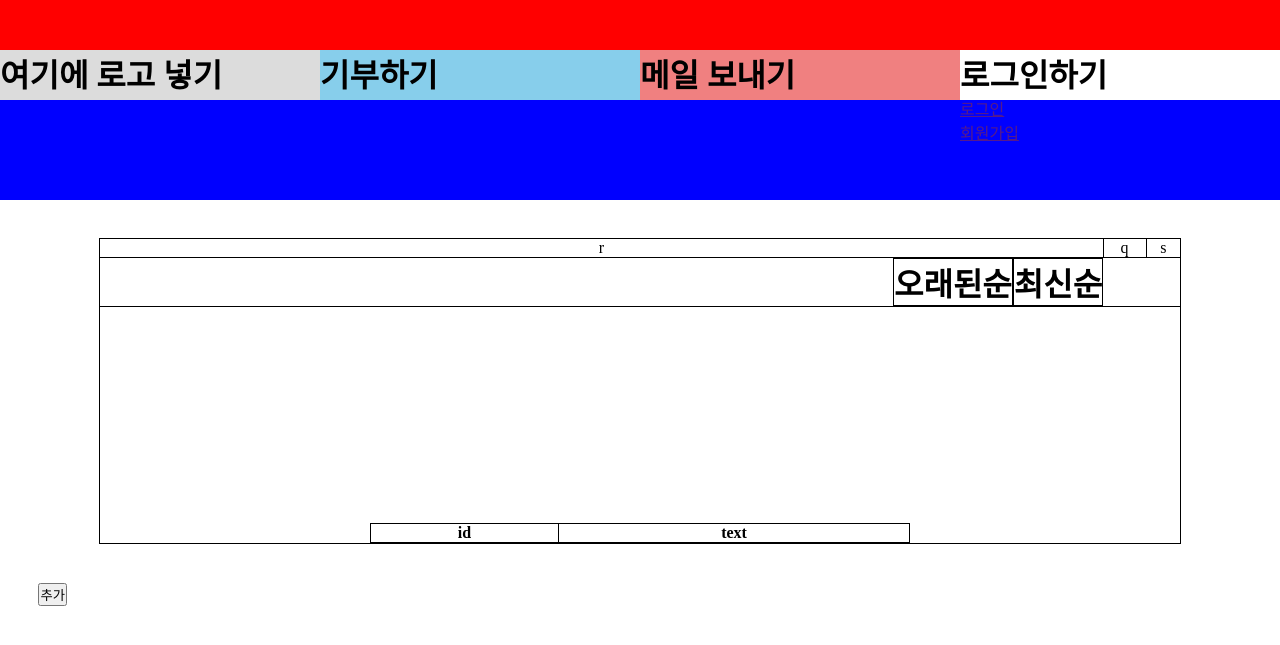
Repository: Yeojin0523/Survey
Page: http://localhost/Blog/Blog/list.jsp
The author's editor kept a copy of each file at every save. The page is drawn from the files as they stood at one save, then again after the next save.
The browser window is 1280 px wide. The pictures show the whole page.
The page is served by Tomcat 9. Other server files are loaded and not shown. The template is opened directly, without the code that normally fills it, so the values that code supplies are empty.

Above is the page before, as saved 2024-07-29 07:30:56.

### Blog/src/main/webapp/Blog/list.jsp
<%@ page language="java" contentType="text/html; charset=UTF-8"
	pageEncoding="UTF-8"%>
<%@ page import="java.util.List"%>
<%@ page import="java.util.ArrayList"%>
<%@ page import="java.sql.DriverManager"%>
<%@ page import="java.sql.ResultSet"%>
<%@ page import="java.sql.PreparedStatement"%>
<%@ page import="java.sql.Connection"%>
<%@ page import="java.sql.SQLException"%>

<%
Connection conn = null;
PreparedStatement pstmt = null;
ResultSet rs = null;
%>

<!DOCTYPE html>
<html>
<head>
<meta charset="UTF-8">
<title>my blog</title>
<script src="list.js"></script>
<link rel="stylesheet" href="list.css">
</head>
<body>
	<div class="wrapper">
		<div class="wrap">
			<div class="top_gnb_area"></div>
			<div class="top_area">
				<div class="logo_area">
					<h1>여기에 로고 넣기</h1>
				</div>
				<div class="donate_area">
					<h1>기부하기</h1>
				</div>

				<div class="mail_area">
					<h1>메일 보내기</h1>
				</div>
				<div class="login_area">
					<h1>로그인하기</h1>
					<!-- 로그인 안한 상태 -->
					<c:if test="${memeber == null}">
						<div class="loginBtn">
							<a href="">로그인</a>
						</div>
						<span><a href="">회원가입</a></span>
					</c:if>
				</div>
			</div>
		</div>
	</div>




	<div class="frame">
		<table class="outer_table">
			<tr class="category">
				<td>r</td>
				<td>q</td>
				<td>s</td>
			</tr>
			<tr class="list" colspan="2">
				<td>
					<h1>최신순</h1>
				</td>
				<td>
					<h1>오래된순</h1>
				</td>
			</tr>
			<tr>
				<td colspan="3">
					<div class="content">
						<div class="donateList">
							<table class="inner_table">
								<tr>
									<th>id</th>
									<th>text</th>
								</tr>
								<%
								try {
									Class.forName("oracle.jdbc.driver.OracleDriver");
									conn = DriverManager.getConnection("jdbc:oracle:thin:@localhost:1521:XE", "c##systemid", "systempwd");
									String sql = "SELECT * FROM blog";
									pstmt = conn.prepareStatement(sql);
									rs = pstmt.executeQuery();

									while (rs.next()) {
										out.println("<tr>");
										out.println("<td>" + rs.getInt("seq") + "</td>");
										out.println("<td>" + rs.getString("text") + "</td>");
										out.println("</tr>");
									}
								} catch (Exception e) {
									e.printStackTrace();
								} finally {
									try {
										if (rs != null)
									rs.close();
										if (pstmt != null)
									pstmt.close();
										if (conn != null)
									conn.close();
									} catch (Exception e) {
										e.printStackTrace();
									}
								}
								%>
							</table>
						</div>
					</div>
				</td>
			</tr>
		</table>
	</div>


	<div class="button_area">
		<button id="insertBtn">추가</button>
	</div>
</body>
</html>

### Blog/src/main/webapp/Blog/list.js
/** list.js의 script file
 *
 */
document.addEventListener("DOMContentLoaded", function(){
	document.getElementById("insertBtn").addEventListener("click", function(){
		window.location.href="InsertForm.jsp";
	});
});

### Blog/src/main/webapp/Blog/list.css
@charset "UTF-8";
*{
	margin:0;
	padding:0;
}
/*화면 전체*/
.wrapper{
	width:100%;
}
/*content 랩*/
.content{
	width:1080px;
	margin:auto;
}
.top_gnb_area{
	width:100%;
	height:50px;
	background-color: red;
}
.top_area{
	width:100%;
	height:150px;
	background-color: blue;
	align-items: center;
}
.logo_area{
	width:25%;
	height:50px;
	background-color: gainsboro;
	float:left;
}
.donate_area{
	width:25%;
	height:50px;
	background-color: skyblue;
	float:left;
}
.mail_area{
	width:25%;
	height:50px;
	background-color: lightcoral;
	float:left;
}
.login_area{
	width:25%;
	height:50px;
	background-color: white;
	float:right;
}
table{
	margin-left:auto;
	margin-right:auto;
	text-align: center;
}
table, td, th{
	border-collapse: collapse;
	border:1px solid black;
}
.outer_table{
	margin-top:3%;
}
.inner_table{
	margin-top:20%;
	width:50%;
	height:50%;
}
.button_area{
	padding:3%;
}
.list{
	display: flex;
	flex-direction: row-reverse;
}
.category{
	margin-left:auto;
	margin-right:auto;
	text-align: center;
}

After the next save:
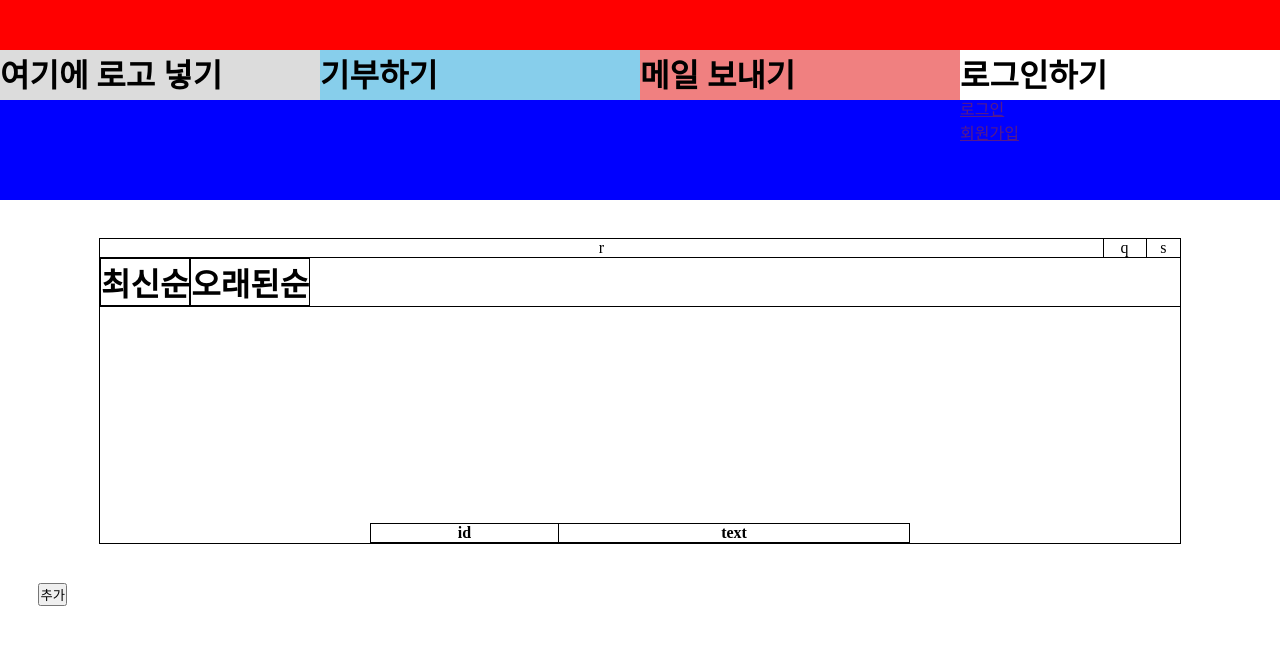
Saved 41 s later.
--- a/Blog/src/main/webapp/Blog/list.css
+++ b/Blog/src/main/webapp/Blog/list.css
@@ -69,7 +69,7 @@
 }
 .list{
 	display: flex;
-	flex-direction: row-reverse;
+	//flex-direction: row-reverse;
 }
 .category{
 	margin-left:auto;

After the 2 saves that followed:
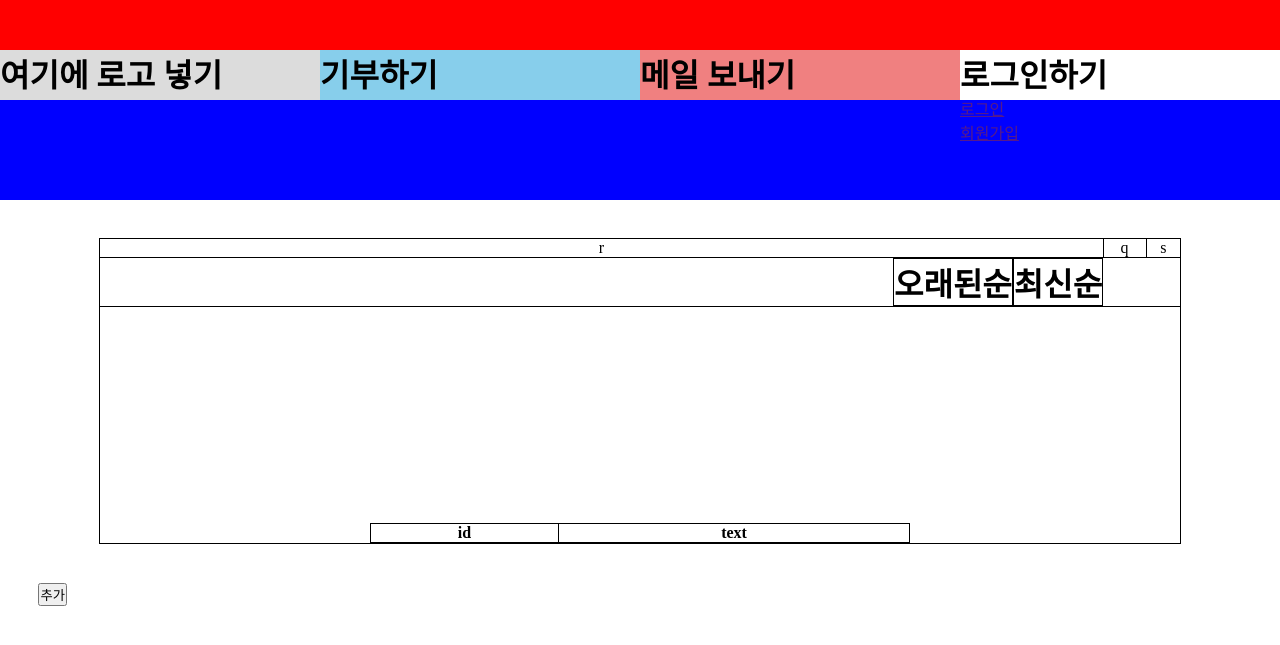
The 2 saves are shown as one change because 1 left the picture as it was.
The last was saved 89 s later.
--- a/Blog/src/main/webapp/Blog/list.css
+++ b/Blog/src/main/webapp/Blog/list.css
@@ -69,7 +69,7 @@
 }
 .list{
 	display: flex;
-	//flex-direction: row-reverse;
+	flex-direction: row-reverse;
 }
 .category{
 	margin-left:auto;
